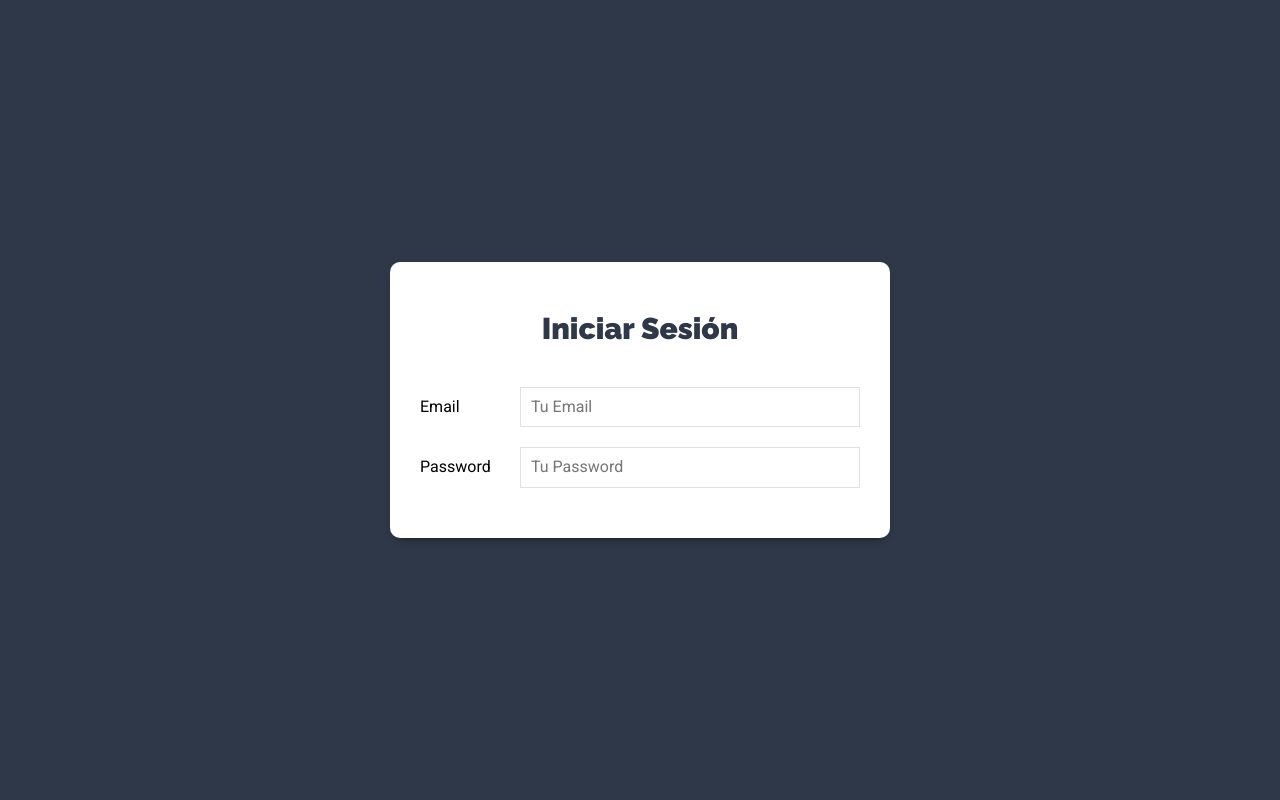
Repository: tive02/MERNTask-cliente
Page: /
The author's editor kept a copy of each file at every save. The page is drawn from the files as they stood at one save, then again after the next save.
The browser window is 1280 px wide. The pictures show the whole page.
The project was rebuilt for these pictures with package versions that can differ from the ones it lists, and the page was loaded fresh each time. Also part of the build but not shown: src/components/auth/NuevaConsulta.js, src/components/proyectos/Proyectos.js.

Above is the page before, as saved 2021-03-19 19:45:02.

### public/index.html
<!DOCTYPE html>
<html lang="en">
  <head>
    <meta charset="utf-8" />
    <link rel="icon" href="%PUBLIC_URL%/favicon.ico" />
    <meta name="viewport" content="width=device-width, initial-scale=1" />
    <meta name="theme-color" content="#000000" />
    <meta
      name="description"
      content="Web site created using create-react-app"
    />
    <link rel="apple-touch-icon" href="logo192.png" />

    <link rel="manifest" href="%PUBLIC_URL%/manifest.json" />
    <link
      rel="stylesheet"
      href="https://cdnjs.cloudflare.com/ajax/libs/normalize/8.0.1/normalize.min.css"
    />
    <link
      href="https://fonts.googleapis.com/css?family=Raleway:400,900|Roboto:300,400,700&display=swap"
      rel="stylesheet"
    />
    <title>MERNTasks</title>
  </head>
  <body>
    <noscript>You need to enable JavaScript to run this app.</noscript>
    <div id="root"></div>
  </body>
</html>

### src/index.css
:root {
  --blanco: #ffffff;
  --gris1: #edf2f6;
  --gris2: #2f3848;
  --gris3: #1a202d;
  --negro: #000000;
  --headingFont: "Raleway", sans-serif;
  --textFont: "Roboto", sans-serif;
}
*,
*:before,
*:after {
  box-sizing: inherit;
}
html {
  box-sizing: border-box;
  height: 100%;
  font-size: 62.5%;
}
body {
  min-height: 100%;
  background-color: var(--gris1);
  font-size: 16px;
  font-size: 1.6rem;
  font-family: var(--textFont);
}

h1,
h2 {
  font-family: var(--headingFont);
  font-weight: 900;
  margin: 0 0 4rem 0;
  text-align: center;
  color: var(--gris2);
}
h1 span {
  font-weight: 400;
}
h1 {
  font-size: 3rem;
}
h2 {
  font-size: 2.4rem;
}
ul {
  list-style: none;
  padding: 0;
  margin: 0;
}
a {
  text-decoration: none;
  color: var(--gris2);
}

/** BOTONES **/
.btn {
  margin-top: 2rem;
  font-family: var(--headingFont);
  padding: 1.5rem;
  font-size: 1.4;
  font-weight: 400;
  border-radius: 0.5rem;
  border: none;
  transition: background-color 0.3s ease;
}
.btn:hover {
  cursor: pointer;
}
.btn-primario {
  background-color: var(--gris2);
  color: var(--blanco);
}
.btn-primario:hover {
  background: var(--gris3);
}
.btn-secundario {
  background-color: var(--gris1);
}
.btn-block {
  display: block;
  width: 100%;
}
.btn-submit:hover {
  background-color: var(--gris2);
}
.btn-blank {
  margin: 0;
  padding: 0;
  display: block;
  background-color: transparent;
}

@media (min-width: 768px) {
  .contenedor-app {
    display: flex;
    min-height: 100vh;
  }

  aside {
    background-color: var(--blanco);
    flex: 0 0 300px;
  }
  .seccion-principal {
    flex: 1;
  }
}

/* BARRA LATERAL */
aside {
  padding: 3rem;
}

.formulario-nuevo-proyecto {
  margin-top: 6rem;
}
.formulario-nuevo-proyecto .input-text {
  border-bottom: 1px solid var(--gris2);
  border-radius: 0;
  background-color: var(--gris1);
}
.formulario-nuevo-proyecto .input-text::placeholder {
  color: var(--gris2);
}
.proyectos {
  margin-top: 10rem;
}
.listado-proyectos li {
  margin-bottom: 2rem;
}
.listado-proyectos li a {
  font-size: 1.4rem;
  color: var(--gris2);
  line-height: 1.5;
  font-weight: 300;
}
.app-header {
  display: flex;
  justify-content: space-between;
  background-color: var(--gris2);
  padding: 4rem;
}
.nombre-usuario {
  color: var(--blanco);
  font-size: 2.2rem;
  margin: 0;
}
.nombre-usuario span {
  font-weight: 900;
}
.nav-principal a {
  color: var(--blanco);
  text-decoration: none;
}
.nav-principal a:first-of-type {
  margin-right: 2rem;
}

/** Formulario crear y editar tareas **/
.formulario {
  background-color: var(--gris3);
  padding: 4rem;
}
.formulario form {
  max-width: 600px;
  margin: 0 auto;
}
.contenedor-input {
  display: flex;
}
.contenedor-input label {
  margin-bottom: 1rem;
  color: var(--blanco);
}
.input-text {
  padding: 1rem;
  border: none;
  border-radius: 0.5rem;
  flex: 1;
  width: 100%;
}

/** TAREAS LISTADO **/
.contenedor-tareas {
  padding: 4rem;
}

.listado-tareas {
  max-width: 600px;
  margin: 0 auto;
}

.tarea {
  display: flex;
  justify-content: space-between;
  background-color: var(--blanco);
  padding: 0.5rem 2rem;
  align-items: center;
  margin-bottom: 1rem;
  border-radius: 0.5rem;
}
.sombra {
  -webkit-box-shadow: 0px 4px 10px -3px rgba(117, 117, 117, 1);
  -moz-box-shadow: 0px 4px 10px -3px rgba(117, 117, 117, 1);
  box-shadow: 0px 4px 10px -3px rgba(117, 117, 117, 1);
}
.sombra-dark {
  -webkit-box-shadow: 0px 6px 11px -8px rgba(0, 0, 0, 0.9);
  -moz-box-shadow: 0px 6px 11px -8px rgba(0, 0, 0, 0.9);
  box-shadow: 0px 6px 11px -8px rgba(0, 0, 0, 0.9);
}
.tarea .acciones .btn:first-of-type {
  margin-right: 1rem;
}
.tarea p {
  font-size: 1.6rem;
  flex: 1;
  padding-right: 2rem;
}
.tarea .btn {
  padding: 0.8rem;
  font-size: 1.4rem;
  border-radius: 0;
  margin: 0;
}

.estado {
  margin-right: 1rem;
}
.estado button,
.mensaje {
  font-weight: 900;
  font-family: var(--textFont);
  font-size: 1rem;
  padding: 0.5rem;
  border-radius: 0.5rem;
  cursor: pointer;
  border: none;
}
.mensaje {
  text-align: center;
  font-size: 1.6rem;
  border-radius: 0;
}
.mensaje:hover {
  cursor: default;
}
.completo,
.correcto {
  background-color: rgba(154, 252, 154, 0.3);
  color: var(--gris3);
}
.incompleto {
  background-color: rgba(255, 178, 178, 0.4);
  color: var(--gris3);
}
.error {
  max-width: 600px;
  margin: 2rem auto 0 auto;
  background-color: rgb(170, 0, 0);
  color: var(--blanco);
}

.tarea-enter,
.proyecto-enter {
  opacity: 0;
}
.tarea-enter-active,
.proyecto-enter-active {
  opacity: 1;
  transition: opacity 200ms;
}
.tarea-exit,
.proyecto-exit {
  opacity: 1;
}
.tarea-exit-active,
.proyecto-exit-active {
  opacity: 0;
  transition: opacity 200ms;
}

.form-usuario {
  background-color: var(--gris2);
  height: 100vh;
  min-height: 800px;
  display: flex;
  align-items: center;
  justify-content: center;
}

.contenedor-form {
  padding: 5rem 3rem;
  max-width: 500px;
  width: 95%;
  background-color: var(--blanco);
  border-radius: 1rem;
}

.campo-form {
  display: flex;
  margin-bottom: 2rem;
  align-items: center;
}
.campo-form:last-of-type {
  margin: 0;
}
.campo-form label {
  flex: 0 0 100px;
  font-family: var(--textFont);
}
.campo-form input[type="password"],
.campo-form input[type="email"],
.campo-form input[type="text"] {
  border: 1px solid #e1e1e1;
  padding: 1rem;
  flex: 1;
}

.enlace-cuenta {
  margin-top: 2rem;
  display: block;
  opacity: 0.7;
}

### src/App.js
import React from "react";
import { BrowserRouter as Router, Switch, Route } from "react-router-dom";
import Login from "./components/auth/Login";
import NuevaConsulta from "./components/auth/NuevaConsulta";
import Proyectos from "./components/proyectos/Proyectos";

function App() {
  return (
    <Router>
      <Switch>
        <Route exact path="/" component={Login} />
        <Route exact path="/nueva-cuenta" component={NuevaConsulta} />
        <Route exact path="/proyectos" component={Proyectos} />
      </Switch>
    </Router>
  );
}

export default App;

### src/components/auth/Login.js
import React from "react";

const Login = () => {
  const onChange = () => {};
  return (
    <div className="form-usuario">
      <div className="contenedor-form sombra-dark">
        <h1>Iniciar Sesión</h1>
        <form>
          <div className="campo-form">
            <label htmlFor="email">Email </label>
            <input
              type="email"
              id="email"
              name="email"
              placeholder="Tu Email"
              onChange={onChange}
            />
          </div>
          <div className="campo-form">
            <label htmlFor="password">Password </label>
            <input
              type="password"
              id="password"
              name="password"
              placeholder="Tu Password"
              onChange={onChange}
            />
          </div>
        </form>
      </div>
    </div>
  );
};

export default Login;

Loaded but not shown: src/index.js (common file); src/reportWebVitals.js (common file)

After the next save:
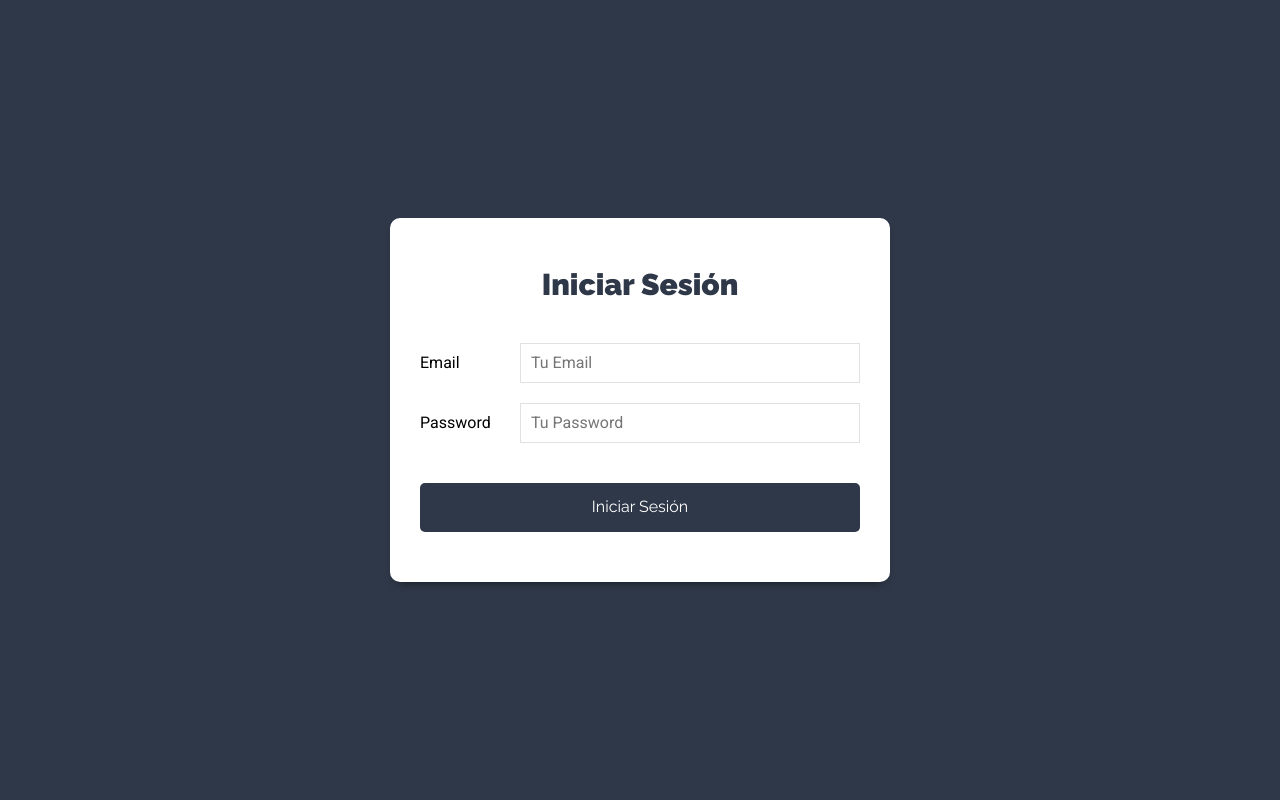
Saved 3 min 8 s later.
--- a/src/components/auth/Login.js
+++ b/src/components/auth/Login.js
@@ -27,6 +27,13 @@ const Login = () => {
               onChange={onChange}
             />
           </div>
+          <div className="campo-form">
+            <input
+              type="submit"
+              className="btn btn-primario btn-block"
+              value="Iniciar Sesión"
+            />
+          </div>
         </form>
       </div>
     </div>
